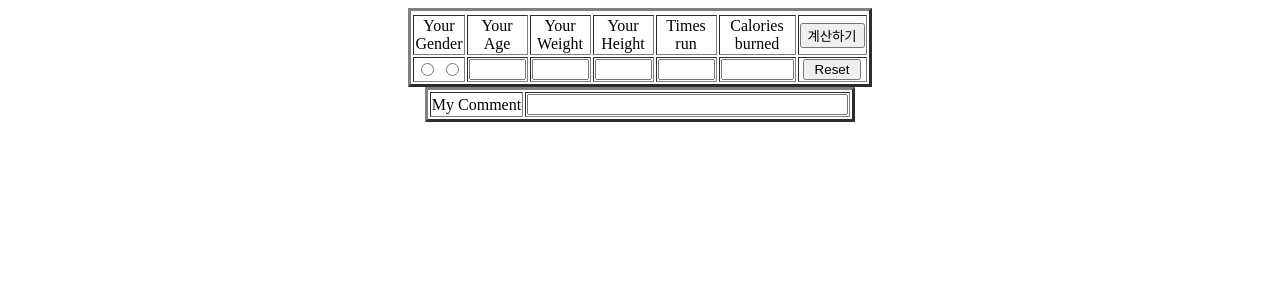
Repository: lgy880/AIWebDevelopment
Page: RUN_WAY/src/main/resources/static/html/ver2.html
The author's editor kept a copy of each file at every save. The page is drawn from the files as they stood at one save, then again after the next save.
The browser window is 1280 px wide. The pictures show the whole page.

Above is the page before, as saved 2021-08-05 06:42:37.
Console error: SyntaxError: Unexpected end of input

After the next save:
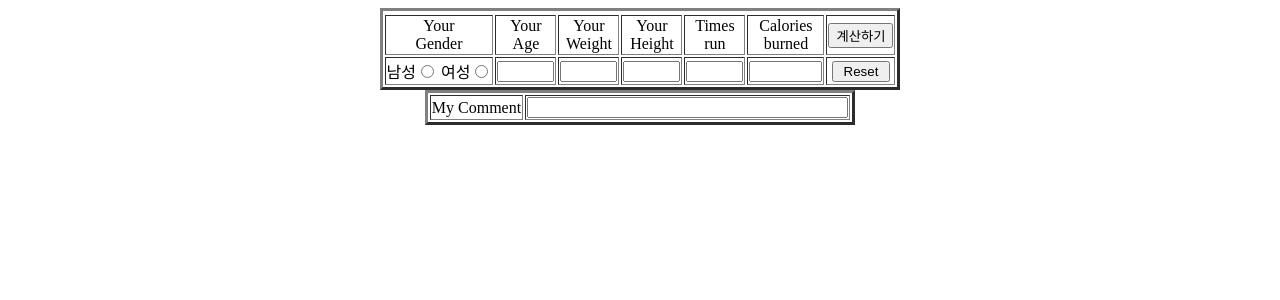
Saved 30 s later.
--- a/RUN_WAY/src/main/resources/static/html/ver2.html
+++ b/RUN_WAY/src/main/resources/static/html/ver2.html
@@ -99,8 +99,8 @@
 				</TR>
 				<tr>
 					<TD><div align=center>
-							<INPUT TYPE=radio NAME=Male SIZE="4" ONCHANGE="SetMyGender(this)">
-							<INPUT TYPE=radio NAME=Female SIZE="4" ONCHANGE="SetMyGender(this)">
+							남성<INPUT TYPE=radio NAME=Male SIZE="4" ONCHANGE="SetMyGender(this)">
+							여성<INPUT TYPE=radio NAME=Female SIZE="4" ONCHANGE="SetMyGender(this)">
 						</div></TD>
 					<TD><div align=center>
 							<INPUT TYPE=text NAME=myAge SIZE="4" ONCHANGE="SetmyAge(this)">
